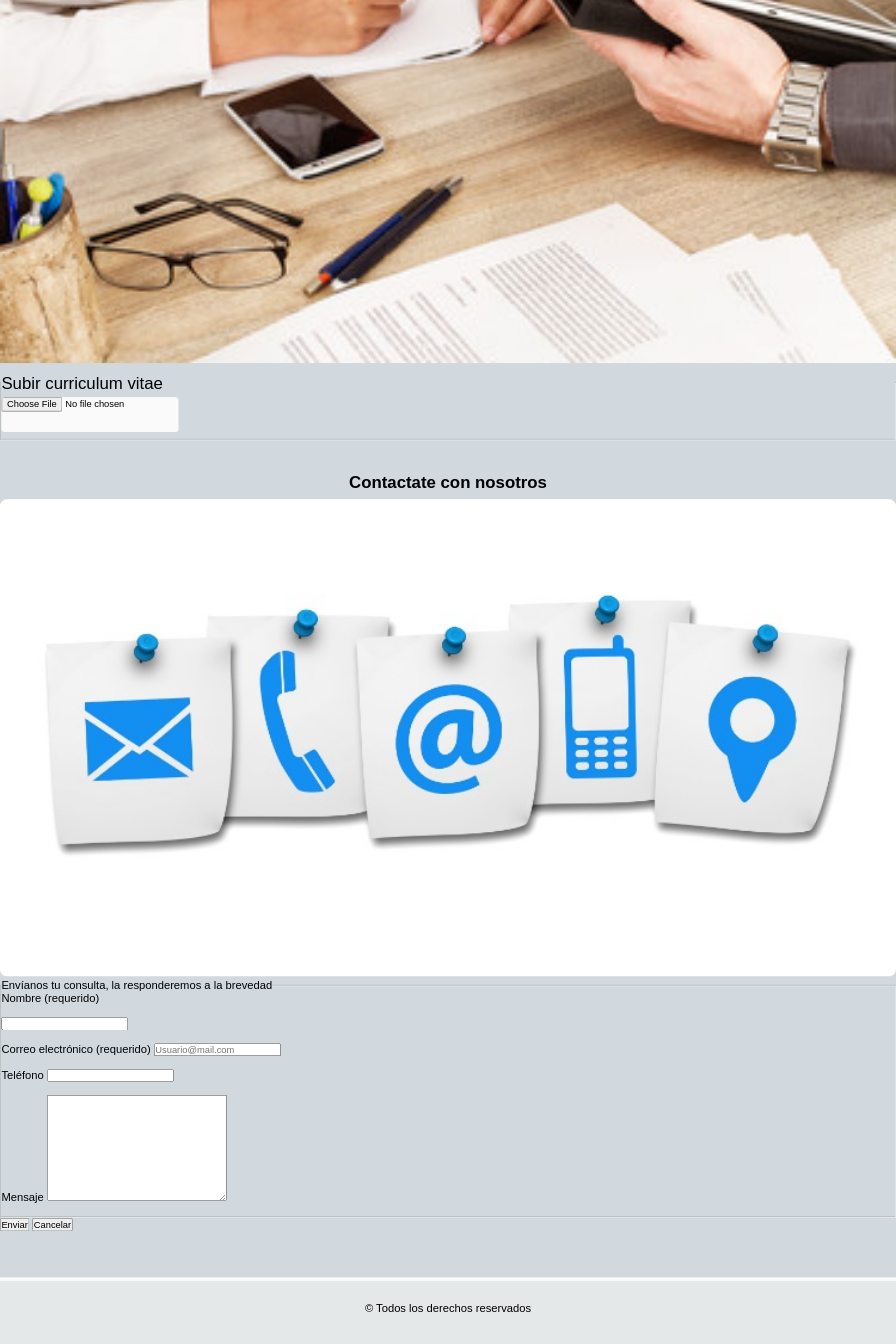
Repository: Juan241/RedLink
Page: index.html
These files come from the project's save history. The page is drawn as it stood at one moment and after the next save; the edit follows.
The browser window is 1280 px wide. The pictures show the part of the page from y = 3970 to 5890 px (the page is 5890 px tall), at 70% of full size.

Above is the page before, as saved 2019-07-22 14:26:11.

### index.html
<!DOCTYPE html>
<html lang="es">
<head>
    <meta charset="UTF-8">
    <meta name="viewport" content="width=device-width, initial-scale=1.0">
    <meta http-equiv="X-UA-Compatible" content="ie=edge">
    <title>Mi primer Pagina</title>
    <link rel="stylesheet" href="css/estilos.css">
</head>
<body>
    <nav>
        <ul>
            <li><a href="#Introduccion">INTRODUCCION</a></li>
            <li><a href="#Somos">¿QUIENES SOMOS?</a></li>
            <li><a href="#Historia">HISTORIA</a></li>
            <li><a href="#Trabajo">TRABAJA CON NOSOTROS</a></li>
            <li><a href="#Contactos">CONTACTATE CON NOSOTROS</a></li>
        </ul>
    </nav>
    <header>

        <img src="img/header.jpg" alt="header">
        <h1>BIENVENIDO A RED LINK</h1>
        <p>Empresa que provee servicios informáticos de alta calidad, seguridad y confiabilidad de procesamiento</p>

    </header>

    <section id="Introduccion">
        <h2>Video Introductorio Red Link 30 años</h2>
        <iframe width="560" height="315" src="https://www.youtube.com/embed/E547EzEdmy8"
        frameborder="0" allow="accelerometer; autoplay; encrypted-media; gyroscope;
        picture-in-picture" allowfullscreen></iframe>
    </section>
   <section>
       <article id="Somos">
            <h2>Nosotros somos</h2>
            <img src="img/img_1.jpg" alt="personas">
            <p>Lorem ipsum dolor sit amet consectetur adipisicing elit.
            Doloribus, ut dolorum incidunt nam cumque deleniti nesciunt voluptate.
            Est omnis error, quam magnam rem delectus nam.
            </p>
            <input type="button" value="Seguir leyendo"></input>
       </article>
       <br/>
       <br/>
   </section>
   <section>
       <article id="Historia">
            <h2>La historia de Red Link</h2>
            <img src="img/img_2.jpg" alt="historia">
            <p>Lorem ipsum dolor sit amet consectetur adipisicing elit.
            Mollitia expedita autem nesciunt. Atque necessitatibus maxime,
            tenetur vitae sed esse debitis, omnis rem in ut voluptatem eius nostrum delectus
            autem ipsam. Harum ut animi necessitatibus facere laborum ipsum quae alias fugiat.</p>
            <input type="button" value="Seguir leyendo">
       </article>
       <br/>
       <br/>
   </section>
   <Section id="Trabajo">
       <article>
            <h2>Trabaja con nosotros</h2>
            <img src="img/img_3.jpg" alt="trabaja con nosotros">
            <fieldset class="form-group">
                <legend>Subir curriculum vitae</legend>
                <input type="file" name="archivo" />
             </fieldset>
       </article>
       <br/>
       <br/>
   </Section>
   <section>
       <article id="Contactos">
            <h2>Contactate con nosotros</h2>
            <img src="img/img_4.jpg" alt="contactos">

            <form action="" method="POST">
                <fieldset class="form-group">
                    <legend>Envíanos tu consulta, la responderemos a la brevedad</legend>
                    <label for="nombre">Nombre (requerido)</label>
                    <br/>
                    <br/>
                    <input type="text" name="nombre" required>
                    <br/>
                    <br/>
                    <label for="email">Correo electrónico (requerido)</label>
                    <input type="email" name="email" placeholder="Usuario@mail.com" required >
                    <br/>
                    <br/>
                    <label for="telefono">Teléfono</label>
                    <input type="tel" name="telefono" pattern="[0-9]{3}-[0-9]{8}" >
                    <br/>
                    <br/>
                    <label for="mensaje">Mensaje</label>
                    <textarea name="mensaje" id="mensaje" cols="30" rows="10"></textarea>
                    <br/>
                    <br/>
                </fieldset>
                <button type="submit" class="btn btn-primary">Enviar</button>
                <button type="button" class="btn btn-cancel">Cancelar</button>
            </form>
       </article>
       <br/>
       <br/>
   </section>

   <footer> &copy; Todos los derechos reservados</footer>
</body>
</html>

### css/estilos.css

*{
    margin: 0;
    padding: 0;
    text-decoration: none;

}

body{
    font-family: sans-serif;
    background: #D1D9DF;
}

#btn-menu img{
    display: none;
    width: 40px;
    height: 40px;
    text-align: center;
    line-height: 40px;
    border-radius: 40px;
    margin-top: 5px;
    margin-left: 5px;
}
nav{
    position: fixed;
    top: 0;
    margin:auto;
    width: 100%;
    height: 40px;
    border-bottom: 5px solid #f0f0f0;
    background: #E5E8E8;
}


nav ul li {
    float: right;
    padding-top: 5px;
    margin: 10px;
    list-style: none;
    font-size: 12px;

}
nav ul li a{
    color: #000000;

}
nav ul li a:hover{
    color: grey;
}

#inicio{
    float: left;

}
nav img{
    float: left;
    width: 35px;
    height: 35px;
    border-radius: 35px;
    padding-top: 2px;
    padding-left: 5px;
}

ul.header {
    margin: 0;
}
header{
    text-align: center;
    margin-top: 40px;
    background: #ffffff;
    line-height: 0px;

}
header #titulo-principal{
    font-size: 60px;
    padding-top: 30px;
    padding-bottom: 20px;
    line-height: 70px;
}
header #subtitulo{
    font-size: 16px;
    color: grey;
    line-height: 22px;
}
header img{
    width: 100%;
}

#seccion-Introduccion{
    width: 80vw;
    background: #ffffff;
    margin: auto;
    border: 5px solid #fafafa;
    margin-top: 55px;
    line-height: 0px;
    padding-top: 20px;
    text-align: center;
    border-radius: 10px;
}

#seccion-Introduccion article h2{
    padding-bottom: 20px;
    font-size: 20px;
}
#seccion-Introduccion article iframe{
    width: 100%;
    border-radius: 10px;

}


#seccion-somos{
    background: #ffffff;
    margin-top: 50px;
    margin-left: 100px;
    display: inline-block;
    text-align: center;
    width: 40%;
    border: 5px solid #fafafa;
    border-radius: 10px;
}
#Somos h2{
    margin-top: 10px;
    margin-bottom: 10px;
}
#Somos img{
    width: 100%;
    border-radius: 10px;

}
#Somos p{
    margin-top: 10px;
    margin-bottom: 10px;
}
#Somos input{
    margin-top: 10px;
    margin-bottom: 10px;
    border-radius: 5px;
}

#seccion-Historia{
    background: #ffffff;
    margin-top: 50px;
    margin-left: 30px;
    display: inline-block;
    text-align: center;
    width: 40%;
    border: 5px solid #fafafa;
    border-radius: 10px;

}
#Historia h2{
    margin-top: 10px;
    margin-bottom: 10px;

}
#Historia img{
    width: 100%;
    border-radius: 10px;

}
#Historia p{
    margin-top: 10px;
    margin-bottom: 10px;
}
#Historia input{
    margin-top: 10px;
    margin-bottom: 10px;
    border-radius: 5px;
}

#seccion-Trabajo{
    text-align: center;
    width: 50%;
    background: #ffffff;
    margin: auto;
    border: 5px solid #fafafa;
    margin-top: 55px;
    border-radius: 10px;

}
#Trabajo h2{
    margin-top: 10px;
    margin-bottom: 10px;
}
#Trabajo img{
    width: 100%;
    border-radius: 10px;

}
#Trabajo img{
    padding-bottom: 10px;
}
#Trabajo .form-group{
    padding-top: 20px;
}
#Trabajo .form-group legend{
    display: block;
    width: 100%;
    max-width: 100%;
    padding: 0;
    margin-bottom: -1.5rem;
    font-size: 1.5rem;
    line-height: inherit;
    color: inherit;
    white-space: normal;
}
#Trabajo .form-group input{
    margin-top: 10px;
    margin-bottom: 10px;
    border: none;
    border-radius: 5px;
    color: #000000;
    background: #fafafa;
    height: 50px;

}

#seccion-Contactos{
    width: 50%;
    background: #ffffff;
    margin: auto;
    border: 5px solid #fafafa;
    margin-top: 55px;
    border-radius: 10px;

}
#Contactos h2{
    margin-top: 10px;
    margin-bottom: 10px;
    text-align: center;
}
#Contactos img{
    width: 100%;
    border-radius: 10px;

}
#Contactos .form-contactate{
    border: none;
    text-align: center;
}
#Contactos .form-contactate h3{
    font-size: 16px;

}

.contenedor-img {
    height: 200px;
    overflow: hidden;
}
.contenedor-p{
    height: 100px;
    overflow: hidden;
}
.boton {
    display: flex;
    justify-content: flex-end;
}

footer{
    width: 100%;
    height: 60px;
    background: #E5E8E8;
    border-top: 5px solid #fafafa;
    padding-top: 30px;
    text-align: center;
    margin-top: 30px;

}



/*Responsive para Tablet*/
@media (max-width: 768px){
    header {
        text-align: center;
        margin-top: 0px;
        background: #ffffff;
        line-height: 0px;
    }

    #seccion-somos{
        background: #ffffff;
        margin-top: 50px;
        margin-left: 64px;
        display: inline-block;
        text-align: center;
        width: 40%;
        height: 405px;
        border: 5px solid #fafafa;
        border-radius: 10px;
    }
    #Somos h2{
        margin-top: 10px;
        margin-bottom: 10px;
        font-size: 20px;
    }
    #Somos p{
        margin-top: 10px;
        margin-bottom: 10px;
        font-size: 13px;
    }

    #seccion-Historia{
        background: #ffffff;
        margin-top: 50px;
        margin-left: 64px;
        display: inline-block;
        text-align: center;
        width: 40%;
        height: 405px;
        border: 5px solid #fafafa;
        border-radius: 10px;
    }
    #Historia h2{
        margin-top: 10px;
        margin-bottom: 10px;
        font-size: 20px;
    }
    #Historia p{
        margin-top: 10px;
        margin-bottom: 10px;
        font-size: 13px;
    }

    #seccion-Trabajo{
        text-align: center;
        width: 55%;
        height: 421px;
        background: #ffffff;
        margin: auto;
        border: 5px solid #fafafa;
        margin-top: 10px;
        border-radius: 10px;
    }
    #Trabajo h2{
        margin-top: 10px;
        margin-bottom: 10px;
        font-size: 13px;
    }
    #Trabajo .form-group legend{
        display: block;
        width: 100%;
        max-width: 100%;
        padding: 0;
        margin-bottom: -1.5rem;
        line-height: inherit;
        color: inherit;
        white-space: normal;
        font-size: 20px;
    }
    #Trabajo .form-group input{
        margin-top: 10px;
        margin-bottom: 10px;
        border: none;
        color: #000000;
        background: #fafafa;
        height: 50px;
    }

    #seccion-Contactos{
        width: 71%;
        height: 1011px;
        background: #ffffff;
        margin: auto;
        border: 5px solid #fafafa;
        margin-top: 55px;
        border-radius: 10px;
    }
    #Contactos  h2{
        margin-top: 10px;
        margin-bottom: 10px;
        text-align: center;
        font-size: 20px;
    }
    #Contactos form .form-group h3{
        font-size: 16px;
    }


}

/* Responsive para celular */
@media (max-width: 425px){

    #btn-menu img{

        height: 50px;
        width: 50px;
        border-radius: 25px;
        position: fixed;
        left: 5px;
        bottom: 25px;
        z-index: 6;
        font-size: 20px;
        display: block;

    }
    nav{
        transition: .5s;
        list-style: none;
        display: flex;
        background: white;
        flex-direction: column;
        /* flex-direction: row; */
        align-items: self-start;
        justify-content: flex-start;
        width: 40%;
        margin: 0px;
        padding: 0px;
        position: fixed;
        height: 100vh;
        left: -50vw;
        top: 0;
        padding: 10px;
        font-size: 30px;
    }
    nav img{
        display:none;
    }
    nav ul li a:hover{
        color: black;
    }
    .header{
        list-style: none;
        padding: 0;
        margin: 0;
    }
    ul.header {
        margin: -20px;
    }
    .header li{
        display: list-item;
        padding: 15px;
        text-decoration: none;
        list-style: none;
        color: #ffffff;
        float: left;
    }
    .header li:hover, .select{
        background: grey;
        width: 87%;
        color: black
    }
    .active{
        left: 0;
    }




    /* Titulo y Banner */
    header #titulo-principal {
        padding-top: 11px;
        padding-bottom: 5px;
        font-size: 20px;
        line-height: 26px;
    }
    header #subtitulo {
        font-size: 12px;
        color: grey;
        line-height: 18px;
    }

    #seccion-somos {
        background: #ffffff;
        margin-top: 50px;
        margin-left: 27px;
        display: inline-block;
        text-align: center;
        width: 84%;
        height: 406px;
        border: 5px solid #fafafa;
        border-radius: 10px;
    }
    #Somos p {
        margin-top: 10px;
        margin-bottom: 10px;
        font-size: 12px;
    }

    #seccion-Historia {
        background: #ffffff;
        margin-top: 50px;
        margin-left: 27px;
        display: inline-block;
        text-align: center;
        width: 84%;
        height: 406px;
        border: 5px solid #fafafa;
        border-radius: 10px;
    }
    #Historia p {
        margin-top: 10px;
        margin-bottom: 10px;
        font-size: 12px;
    }

    #seccion-Trabajo {
        text-align: center;
        width: 84vw;
        height: 319px;
        background: #ffffff;
        margin: auto;
        border: 5px solid #fafafa;
        margin-top: 10px;
        border-radius: 10px;
    }
    #Trabajo h2 {
        margin-top: 10px;
        margin-bottom: 10px;
        font-size: 20px;
    }
    #Trabajo .form-group legend {
        display: block;
        width: 100%;
        max-width: 100%;
        padding: 0;
        margin-bottom: -1.5rem;
        line-height: inherit;
        color: inherit;
        white-space: normal;
        font-size: 16px;
    }
    #Trabajo .form-group input {
        margin-top: 10px;
        margin-left: 38px;
        border: none;
        color: #000000;
        background: #fafafa;
        height: 36px;
        width: 70%;

    }

    #seccion-Contactos {
        width: 84%;
        height: 880px;
        background: #ffffff;
        margin: auto;
        border: 5px solid #fafafa;
        margin-top: 55px;
        border-radius: 10px;
    }
    #Contactos form .form-group h3 {
        font-size: 13px;
    }
    footer {
        width: 100%;
        height: 60px;
        background: #E5E8E8;
        border-top: 5px solid #fafafa;
        padding-top: 20px;
        text-align: center;
        margin-top: 20px;
    }





}

After the next save:
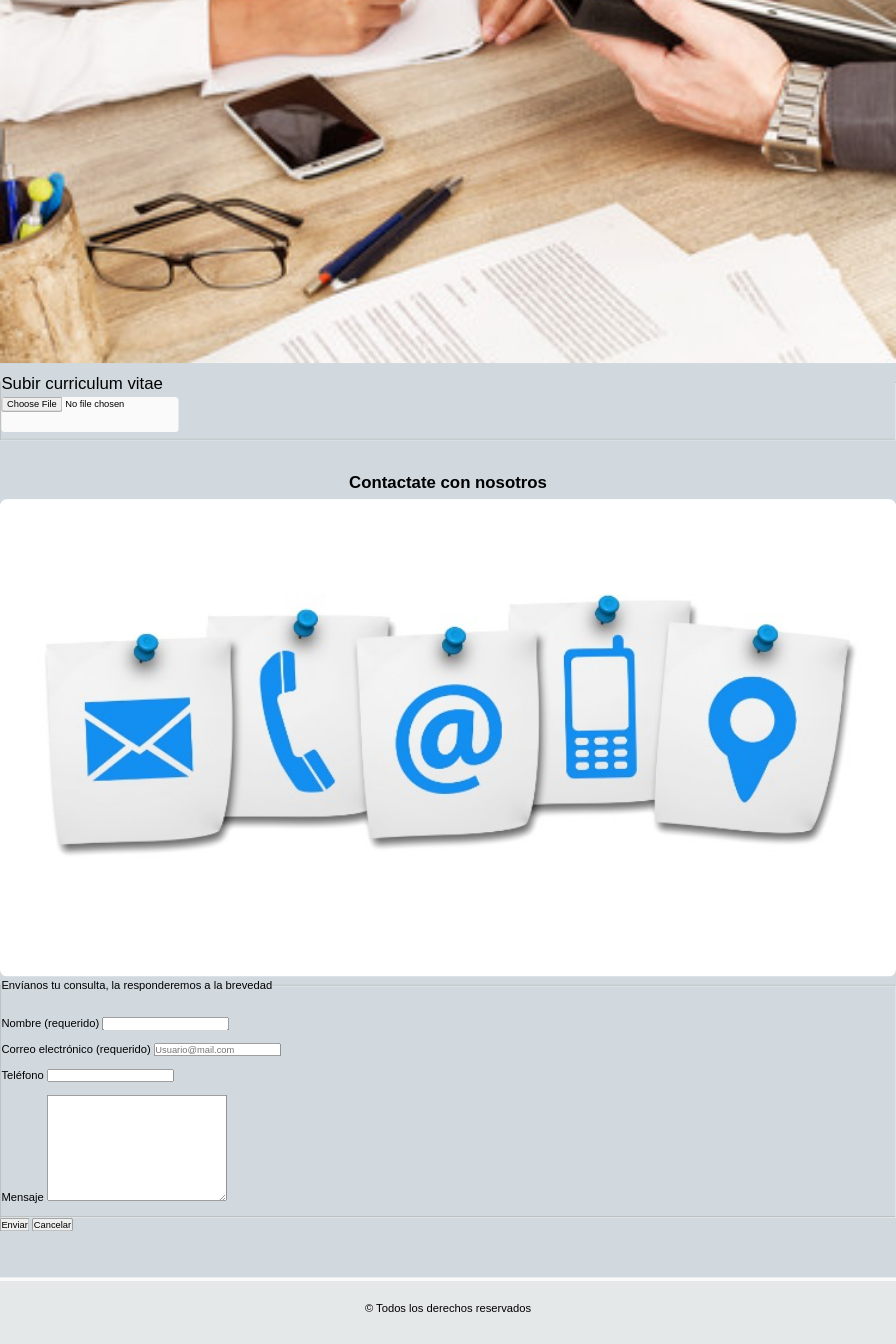
Saved 33 s later.
--- a/index.html
+++ b/index.html
@@ -77,9 +77,9 @@
             <form action="" method="POST">
                 <fieldset class="form-group">
                     <legend>Envíanos tu consulta, la responderemos a la brevedad</legend>
-                    <label for="nombre">Nombre (requerido)</label>
                     <br/>
                     <br/>
+                    <label for="nombre">Nombre (requerido)</label>
                     <input type="text" name="nombre" required>
                     <br/>
                     <br/>
